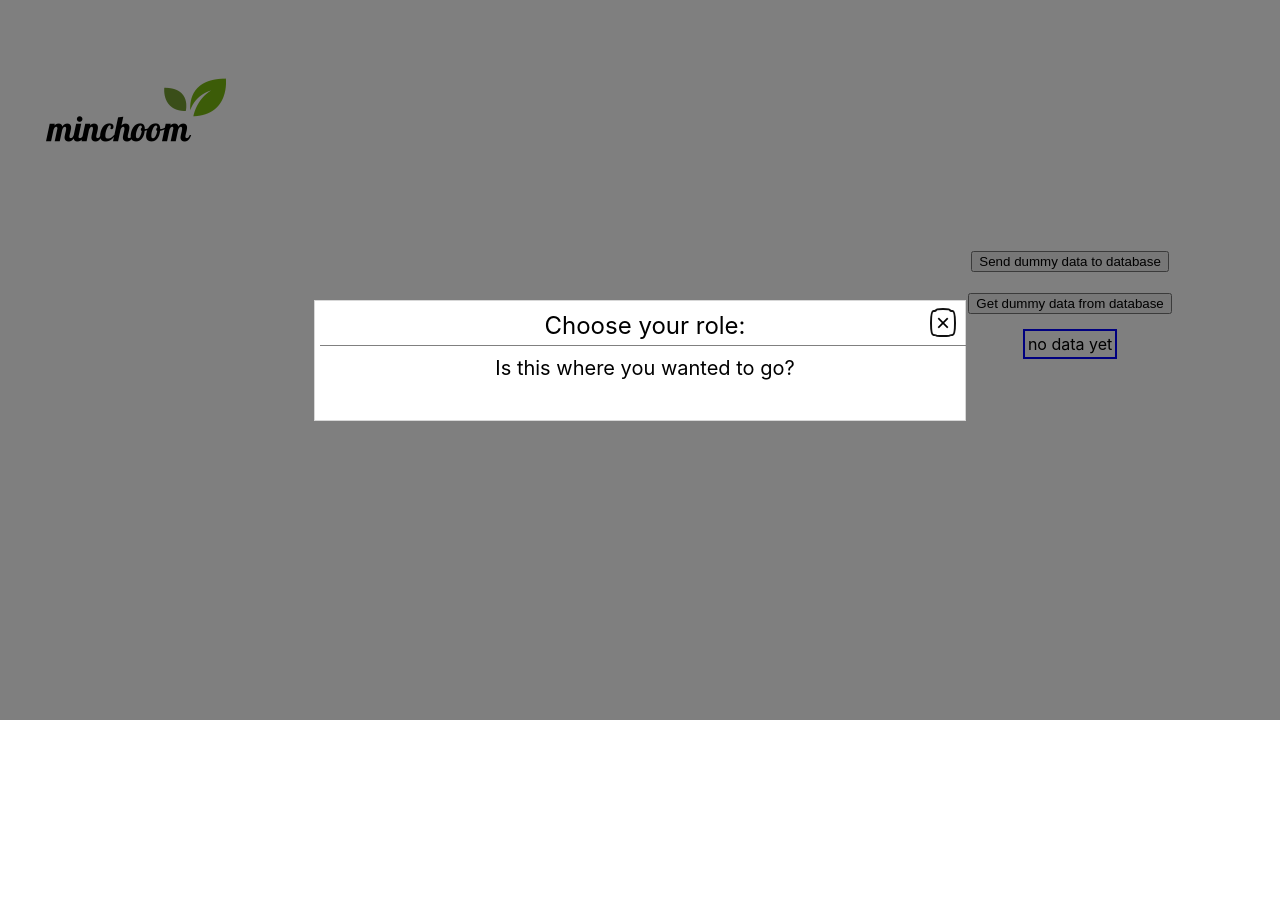
Repository: jeongeonp/MinChoAvengers
Page: / (app in minchoom/)
These files come from the project's save history. The page is drawn as it stood at one moment and after the next save; the edit follows.
The browser window is 1280 px wide. The pictures show the whole page.
The project was rebuilt for these pictures with package versions that can differ from the ones it lists, and the page was loaded fresh each time.

Above is the page before, as saved 2020-11-18 21:57:46.

### minchoom/src/App.js
import React, { Component } from 'react';
import { BrowserRouter as Router, Route } from 'react-router-dom';
import Home from './components/Home'



class App extends Component {
  constructor(props) {
    super(props);
  }
  render() {

    return (
      <Router>
          <Route exact path="/" component={Home}></Route>
      </Router>
    );
  }
}

export default App;

### minchoom/src/components/Home.js
import React, { Component } from 'react';
import ReactPlayer from 'react-player'
import { Header, Input, Form, Button, Progress, Dimmer, Loader } from 'semantic-ui-react';
import '../App.css';
import logo from'../minchoom-logo.png';
import Chat from './Chat';
import Modal from './Modal';

const databaseURL = "https://minchoom-cs473.firebaseio.com/";

class Home extends Component {
    constructor(props) {
      super(props);
      this.state = {
        playing: false,
        playbackRate: 1.0,
        modalOpen: true,
        dummyData: "no data yet",
      }
      this.sendData = this.sendData.bind(this);
      this.getData = this.getData.bind(this);
    }

    sendData = () => {
        const sampleString = "Sent at " + new Date() + "- last dummy data from firebase."
        const sampleDict = {text: "Sent at " + new Date() + "- last dummy data from firebase."}
        return fetch( `${databaseURL+'/dummyData'}/.json`, {
            method: 'PATCH',
            body: JSON.stringify(sampleDict)
        }).then(res => {
            if (res.status !== 200) {
                throw new Error(res.statusText);
            }
            return res.json();
        }).then(() => {
            console.log("Dummy data succesfully sent!")
        })
    }

    getData = () => {
        fetch( `${databaseURL+'/dummyData'}/.json`).then(res => {
            if (res.status !== 200) {
                throw new Error(res.statusText);
            }
            return res.json();
        }).then(res => {
            const keys = Object.keys(res)
            console.log(res)
            this.setState({
                dummyData: res["text"],
            })
        })
    }

    render() {
        const { } = this.props;
        const {playing, playbackRate, dummyData, modalOpen} = this.state;
        const { sendData, getData } = this;
        return (
            <div className="Home">
                <div className="header-bar">
                    <div className="header-title">
                        <img src={logo} alt="fireSpot"/>
                    {/*
                    <Header as="h1">
                        Minchoom 🌿
                    </Header>
                    */}
                    </div>
                </div>
                <div className="main-page">
                <div className="split-left"  tabIndex="1">
                    <div className="main-video">
                    <ReactPlayer ref={this.ref} playing={playing}
                    playbackRate={playbackRate} id="video"  width="100%" height="100%" controls url = {'https://www.youtube.com/watch?v=rj_YjNakQ5k'} onPause={this._onPause}
                    onPlay={this._onPlay}
                    onReady={this._onReady}
                    onProgress={this.handleProgress}
                    onDuration={this.handleDuration}
                    onSeek={this._onSeek}>
                    </ReactPlayer>
                    </div>
                </div>
                <div className="split-right" >
                    <Chat>

                    </Chat>
                    <button type="button" onClick={sendData}>Send dummy data to database</button> <br/> <br/>
                    <button type="button" onClick={getData}>Get dummy data from database</button> <br/> <br/>
                    { dummyData
                        ?
                        <span style={{border: "2px solid blue", padding: "3px", margin: "3px"}}>{dummyData}</span>
                        :
                        <span> no data yet</span>
                    }
                </div>
                </div>
                <Modal open={modalOpen}></Modal>
            </div>
        )
    }
}
export default Home;

### minchoom/src/App.css

.Home {
  text-align: center;
  height: 100vh;
}
.header-title {
  margin: 10px 10px;
}

.header-bar{
  justify-content: left;
  display: grid;
  margin-left: 2%;
  grid-auto-flow: column dense;
}


.main-page {
  width: 100%;
  height: 90%;
  display: flex;
}

.split-left {
  width: 70%;
  height: 100%;
  margin-left: 2%;
  margin-top: 2%;
  overflow-x: hidden;
  overflow-y: hidden;
  left: 0;
}
.split-right {
  width: 30%;
  height: 100%;
  margin-right: 2%;
  margin-top: 2%;
  overflow-x: hidden;
  overflow-y: hidden;
  right: 0;
}
.main-video {
  /* top: 10%; */
  width: 90%;
  height: 70%;

}

.modal {
  font-size: 17px;
}
.modal > .header {
  width: 100%;
  border-bottom: 1px solid gray;
  font-size: 24px;
  text-align: center;
  padding: 5px;
}
.modal > .content {
  width: 100%;
  padding: 10px 5px 10px;
  text-align: center;
  font-size: 20px;
}
.modal > .actions {
  width: 100%;
  padding: 10px 5px 15px;
  margin: auto;
  text-align: center;

}
.modal > .close {
  cursor: pointer;
  position: absolute;
  display: block;
  padding: 2px 5px;
  line-height: 20px;
  right: 10px;
  top: 10px;
  font-size: 24px;
  background: #ffffff;
  border-radius: 18px;
  border: none;
}


@keyframes App-logo-spin {
  from {
    transform: rotate(0deg);
  }
  to {
    transform: rotate(360deg);
  }
}

### minchoom/src/components/Chat.js
import React from "react";
import Popup from "reactjs-popup";
import '../App.css';

export default class Chat extends React.Component {
    constructor(props) {
        super(props);
        this.state = {

          };
      }




    render() {

       return null;

    }};

### minchoom/src/components/Modal.js
import React from "react";
import Popup from "reactjs-popup";
import '../App.css';
import 'reactjs-popup/dist/index.css';

export default class Modal extends React.Component {
    constructor(props) {
        super(props);
        this.state = {

          };
      }


      handleChange(event) {
        this.setState({input: event.target.value});
      }

      handleSubmit(event, close) {

        return false;
      }



    render() {
        const { open, closeModal, } = this.props;
        return (
            <Popup  open={open} position="top center" >
              {close => (
                <div className="modal">
                  <button className="close" onClick={close}>
                    &times;
                  </button>
                  <div className="header"> Choose your role: </div>
                  <div className="content">
                  {" "}
                  Is this where you wanted to go?
                  </div>
                  <div className="actions"></div>
                </div>
              )}

            </Popup>
        )
    }};

Loaded but not shown: minchoom/public/index.html (common file); minchoom/src/index.js (common file); minchoom/src/index.css (common file); minchoom/src/reportWebVitals.js (common file)

After the next save:
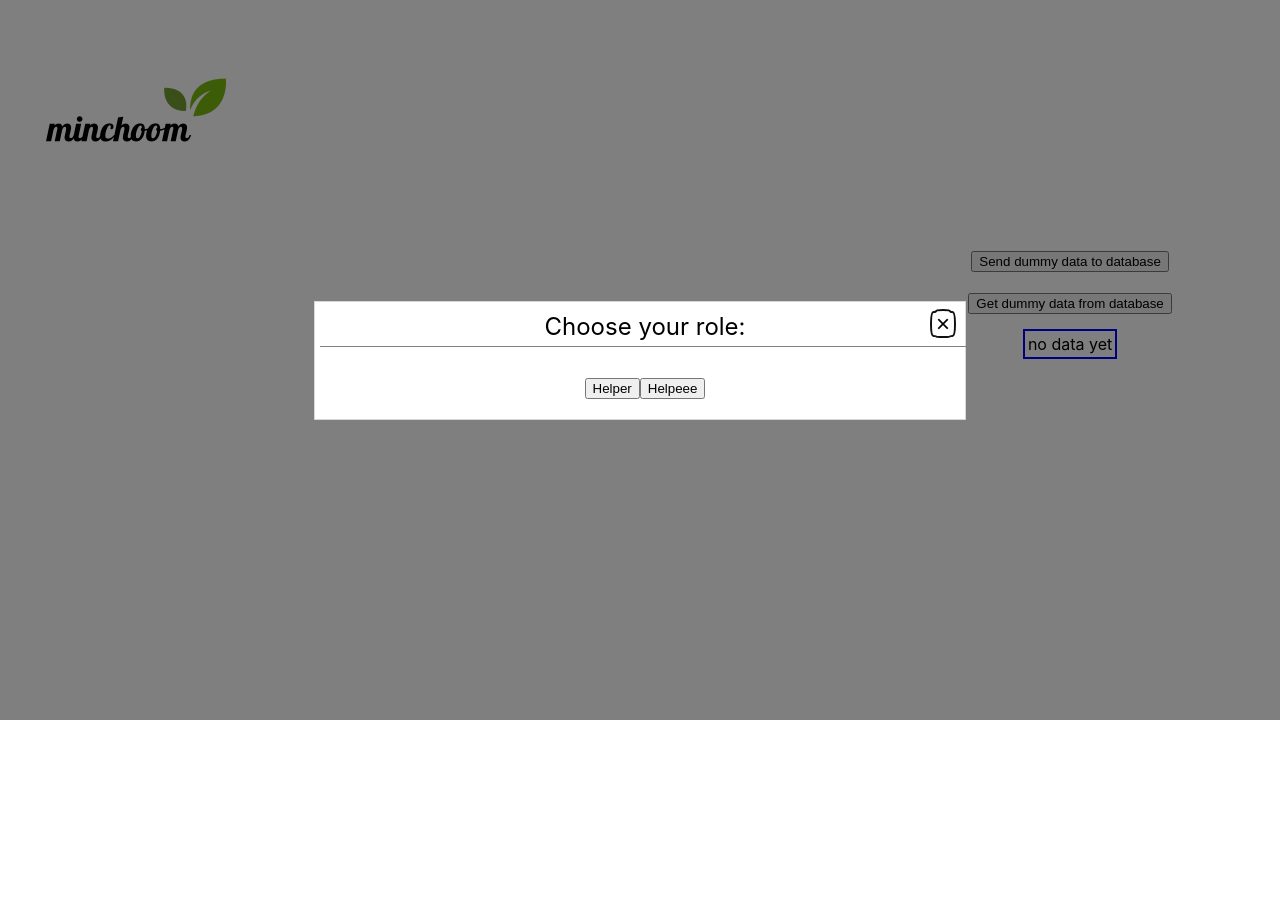
Saved 2 min 10 s later.
--- a/minchoom/src/components/Modal.js
+++ b/minchoom/src/components/Modal.js
@@ -35,9 +35,19 @@
                   <div className="header"> Choose your role: </div>
                   <div className="content">
                   {" "}
-                  Is this where you wanted to go?
                   </div>
-                  <div className="actions"></div>
+                  <div className="actions">
+                  <button className="button" onClick={() => { console.log("modal closed "); closeModal();
+                      //send to server
+                    }}>
+                      Helper
+                  </button>
+                  <button className="button" onClick={() => { console.log("modal closed "); closeModal();
+                      //send to server
+                    }}>
+                      Helpeee
+                  </button>
+                  </div>
                 </div>
               )}
 
